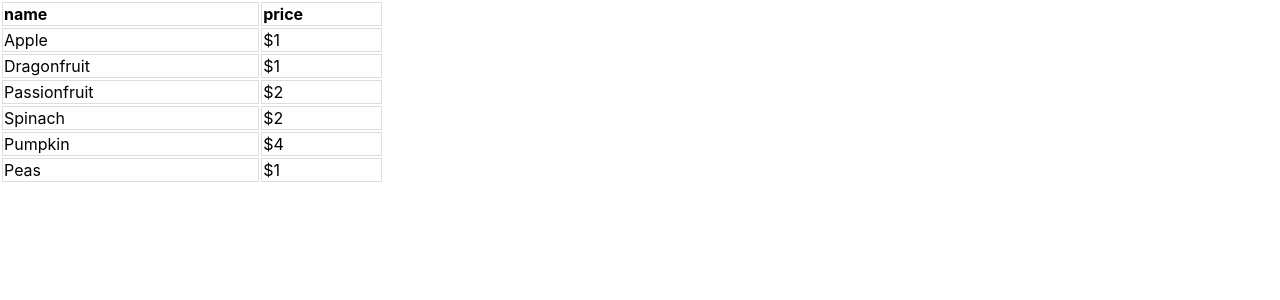
Repository: mariocapitbrok/reactjs-learn
Page: / (app in 05_filtered-data-table/)
The author's editor kept a copy of each file at every save. The page is drawn from the files as they stood at one save, then again after the next save.
The browser window is 1280 px wide. The pictures show the whole page.
The project was rebuilt for these pictures with package versions that can differ from the ones it lists, and the page was loaded fresh each time.

Above is the page before, as saved 2023-02-25 23:40:16.

### 05_filtered-data-table/src/App.js
import Table from './components/Table'
import styled from 'styled-components'
import './App.css'

function App() {
  return (
    <div className="App">
      <Table data={data} />
    </div>
  )
}

export default App

const PRODUCTS = [
  { category: 'Fruits', price: '$1', stocked: true, name: 'Apple' },
  { category: 'Fruits', price: '$1', stocked: true, name: 'Dragonfruit' },
  { category: 'Fruits', price: '$2', stocked: false, name: 'Passionfruit' },
  { category: 'Vegetables', price: '$2', stocked: true, name: 'Spinach' },
  { category: 'Vegetables', price: '$4', stocked: false, name: 'Pumpkin' },
  { category: 'Vegetables', price: '$1', stocked: true, name: 'Peas' },
]

const data = PRODUCTS.map(p => ({
  name: p.name,
  price: p.price,
}))

### 05_filtered-data-table/src/components/Table.jsx
import '../App.css'

function Table({ data }) {
  const tableHeaders = createTableHeaders(data)

  const tableRows = createTableRows(data)

  return (
    <table id={getTableId(data)}>
      <thead>{tableHeaders}</thead>
      <tbody>{tableRows}</tbody>
    </table>
  )
}

export default Table

function getTableId(arr) {
  const firstObj = arr[0]
  let result = ''
  let maxLength = 16

  for (const key in firstObj) {
    const firstThreeChars = key.slice(0, 3)
    result += firstThreeChars
    if (result.length >= maxLength) {
      break
    }
  }

  return result
}

function createTableHeaders(data) {
  const keys = Object.keys(data[0])
  const headerCells = keys.map(key => (
    <th key={key} className={key}>
      {key}
    </th>
  ))

  return <tr>{headerCells}</tr>
}

function createTableRows(data) {
  return data.map(row => {
    const cells = Object.entries(row).map(([key, value]) => (
      <td key={row.id ? `${row.id}-${key}` : createUniqueId()} className={key}>
        {value}
      </td>
    ))
    return <tr key={row.id || createUniqueId()}>{cells}</tr>
  })
}

function createUniqueId() {
  const randomStr = Math.random().toString(36).slice(2, 11)
  return `${randomStr}`
}

### 05_filtered-data-table/src/App.css

/* Table*/
#nampri {
  width: 30%;
  min-width: 200px;
}

#nampri th {
  text-align: left;
}

#nampri th, #nampri td {
  border: 1px solid #ddd;
}

.money-data {
  text-align: right;
}

Loaded but not shown: 05_filtered-data-table/public/index.html (common file); 05_filtered-data-table/src/index.js (common file); 05_filtered-data-table/src/index.css (common file); 05_filtered-data-table/src/reportWebVitals.js (common file)

After the next save:
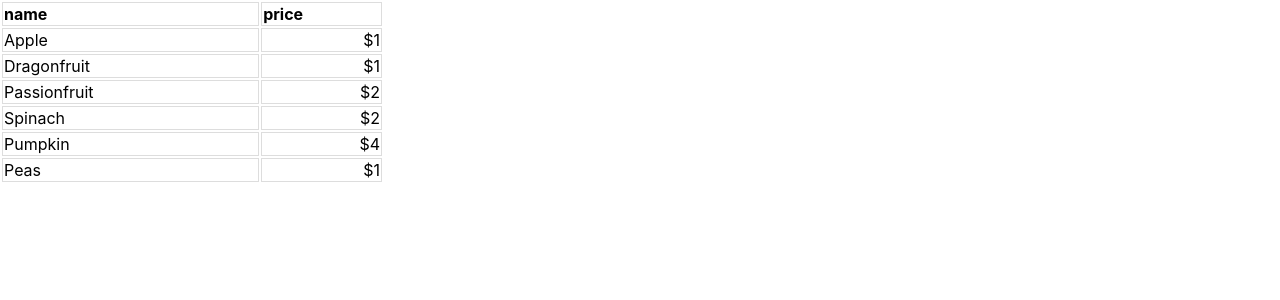
Saved 39 s later.
--- a/05_filtered-data-table/src/App.css
+++ b/05_filtered-data-table/src/App.css
@@ -13,6 +13,6 @@
   border: 1px solid #ddd;
 }
 
-.money-data {
+.price {
   text-align: right;
 }
